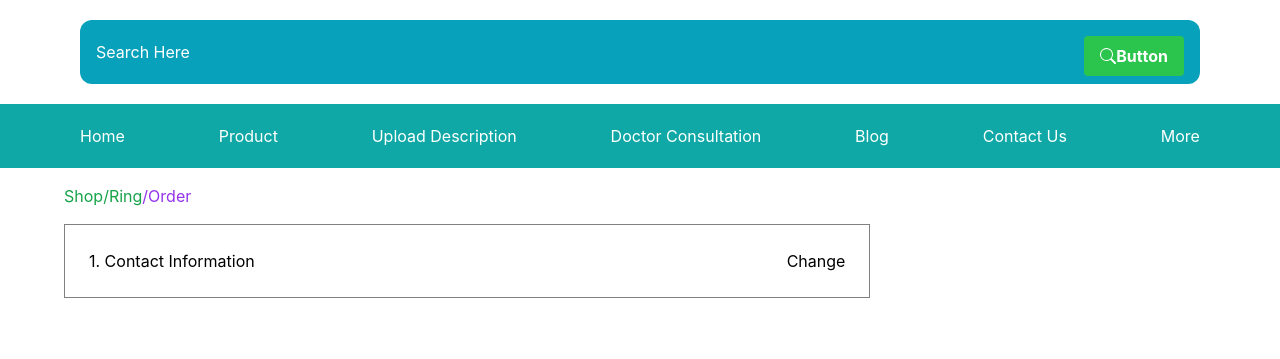
Repository: arafatmollah/form-pharma
Page: /
An editor plug-in stored every save of this project. The page is shown before and after a run of saves, followed by the edit.
The browser window is 1280 px wide. The pictures show the whole page.
The project was rebuilt for these pictures with package versions that can differ from the ones it lists, and the page was loaded fresh each time.

Above is the page before, as saved 2023-03-14 23:43:08.

After the next 3 saves:
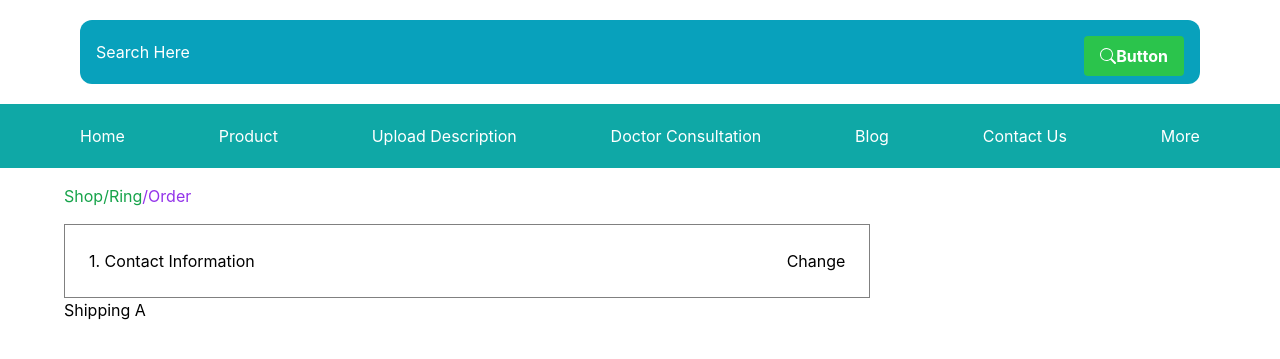
The 3 saves are shown as one change because they came seconds apart.
The last was saved 26 s later.
--- a/src/Form.js
+++ b/src/Form.js
@@ -15,7 +15,7 @@ function form() {
               <p>Change </p>
             </div>
             <div>
-
+              <p>Shipping A</p>
             </div>
             </div>
         </div>
